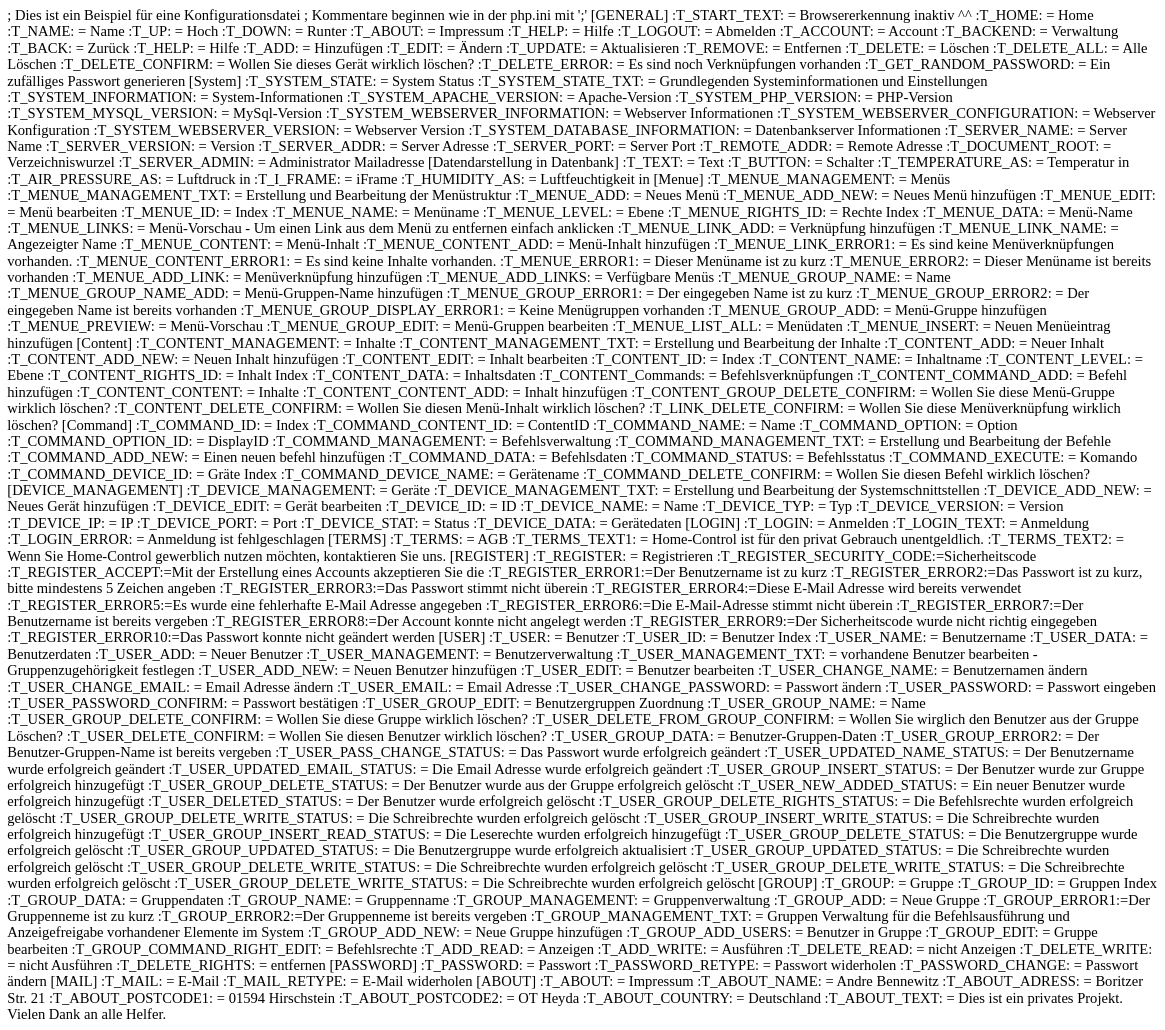
Repository: 0xF3ERROR/Home-Control
Page: http://localhost/language/lang_Ger.php
The author's editor kept a copy of each file at every save. The page is drawn from the files as they stood at one save, then again after the next save.
The browser window is 1280 px wide. The pictures show the whole page, at 91% of full size.
The page is run by PHP 8.4 with error messages shown; the project is at /var/www/html/.

Above is the page before, as saved 2012-09-17 19:36:40.

After the next save:
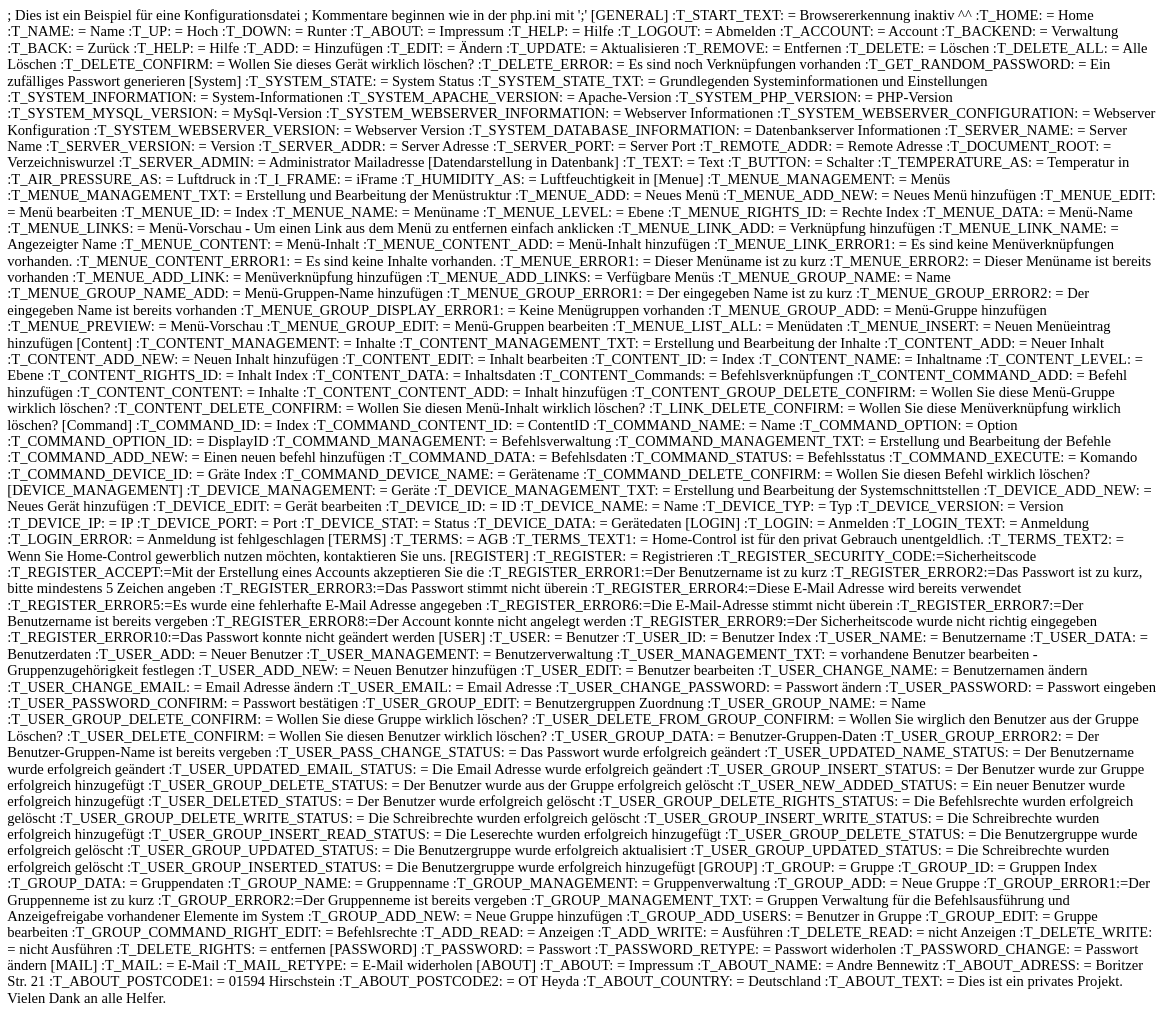
Saved 75 s later.
--- a/Source/language/lang_Ger.php
+++ b/Source/language/lang_Ger.php
@@ -213,9 +213,7 @@
 :T_USER_GROUP_DELETE_STATUS: = Die Benutzergruppe wurde erfolgreich gelöscht
 :T_USER_GROUP_UPDATED_STATUS: = Die Benutzergruppe wurde erfolgreich aktualisiert
 :T_USER_GROUP_UPDATED_STATUS: = Die Schreibrechte wurden erfolgreich gelöscht
-:T_USER_GROUP_DELETE_WRITE_STATUS: = Die Schreibrechte wurden erfolgreich gelöscht
-:T_USER_GROUP_DELETE_WRITE_STATUS: = Die Schreibrechte wurden erfolgreich gelöscht
-:T_USER_GROUP_DELETE_WRITE_STATUS: = Die Schreibrechte wurden erfolgreich gelöscht
+:T_USER_GROUP_INSERTED_STATUS: = Die Benutzergruppe wurde erfolgreich hinzugefügt
 
 
 
